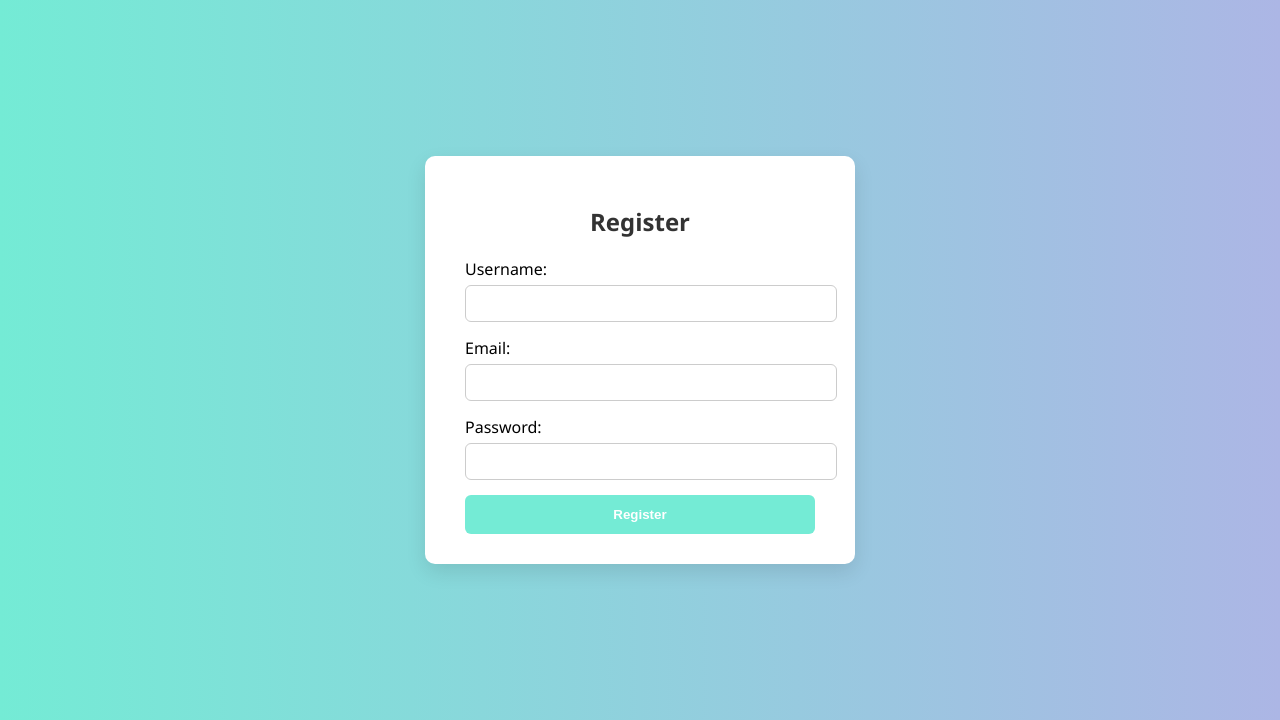
Repository: Ilham-Syed/ISS-Assignment-Ilham
Page: http://localhost/UserAuthentication/register.jsp
The author's editor kept a copy of each file at every save. The page is drawn from the files as they stood at one save, then again after the next save.
The browser window is 1280 px wide. The pictures show the whole page.
The page is served by Tomcat 9.

Above is the page before, as saved 2025-05-29 10:44:13.

After the next save:
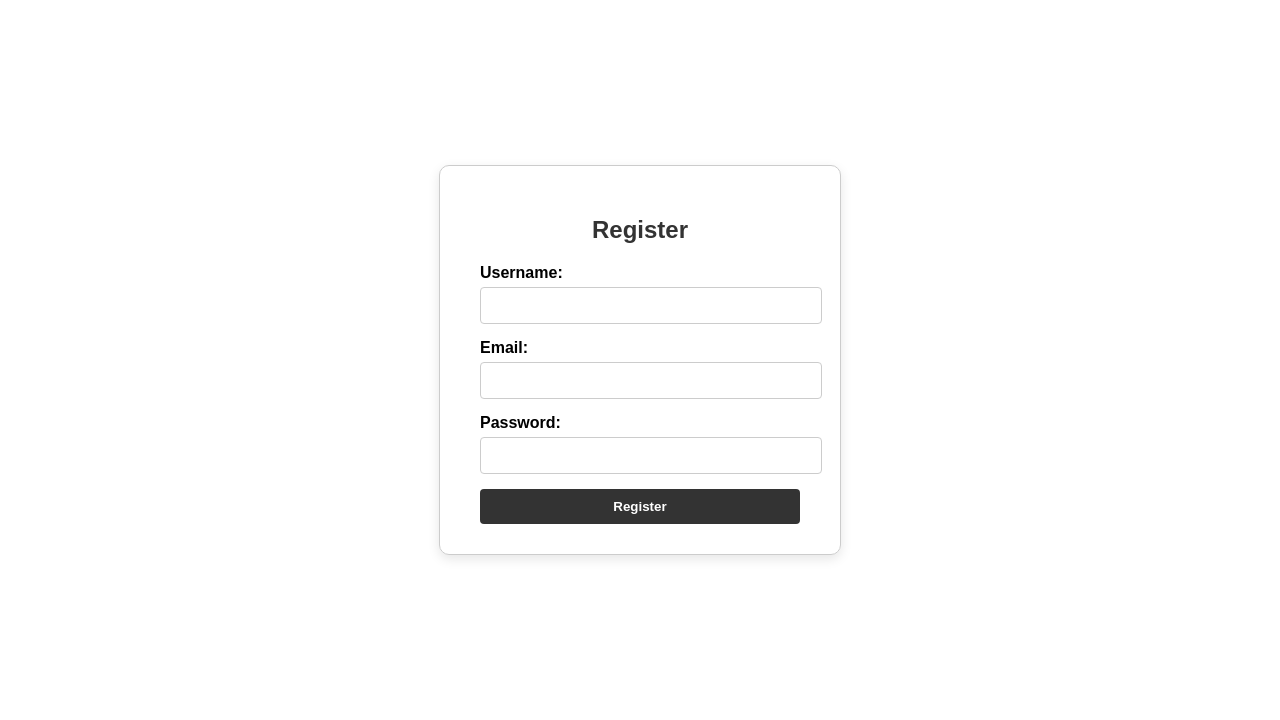
Saved 106 s later.
--- a/Client Server Application/UserAuthentication/src/main/webapp/register.jsp
+++ b/Client Server Application/UserAuthentication/src/main/webapp/register.jsp
@@ -7,8 +7,7 @@
     <title>Register</title>
     <style>
         body {
-            font-family: 'Segoe UI', Tahoma, Geneva, Verdana, sans-serif;
-            background: linear-gradient(to right, #74ebd5, #ACB6E5);
+            font-family: Arial, sans-serif;
             display: flex;
             justify-content: center;
             align-items: center;
@@ -17,11 +16,11 @@
         }
 
         .register-form {
-            background-color: white;
             padding: 30px 40px;
             border-radius: 10px;
-            box-shadow: 0 8px 20px rgba(0,0,0,0.1);
-            width: 350px;
+            box-shadow: 0 4px 12px rgba(0,0,0,0.1);
+            width: 320px;
+            border: 1px solid #ccc;
         }
 
         .register-form h2 {
@@ -37,36 +36,29 @@
         .form-group label {
             display: block;
             margin-bottom: 5px;
-            font-weight: 500;
+            font-weight: bold;
         }
 
         .form-group input {
             width: 100%;
             padding: 10px;
-            border-radius: 6px;
+            border-radius: 4px;
             border: 1px solid #ccc;
-            transition: border-color 0.3s;
-        }
-
-        .form-group input:focus {
-            border-color: #74ebd5;
-            outline: none;
         }
 
         .form-submit {
             width: 100%;
-            background-color: #74ebd5;
+            background-color: #333;
             color: white;
-            padding: 12px;
+            padding: 10px;
             border: none;
-            border-radius: 6px;
+            border-radius: 4px;
             font-weight: bold;
             cursor: pointer;
-            transition: background-color 0.3s;
         }
 
         .form-submit:hover {
-            background-color: #67d5c0;
+            background-color: #555;
         }
     </style>
 </head>
